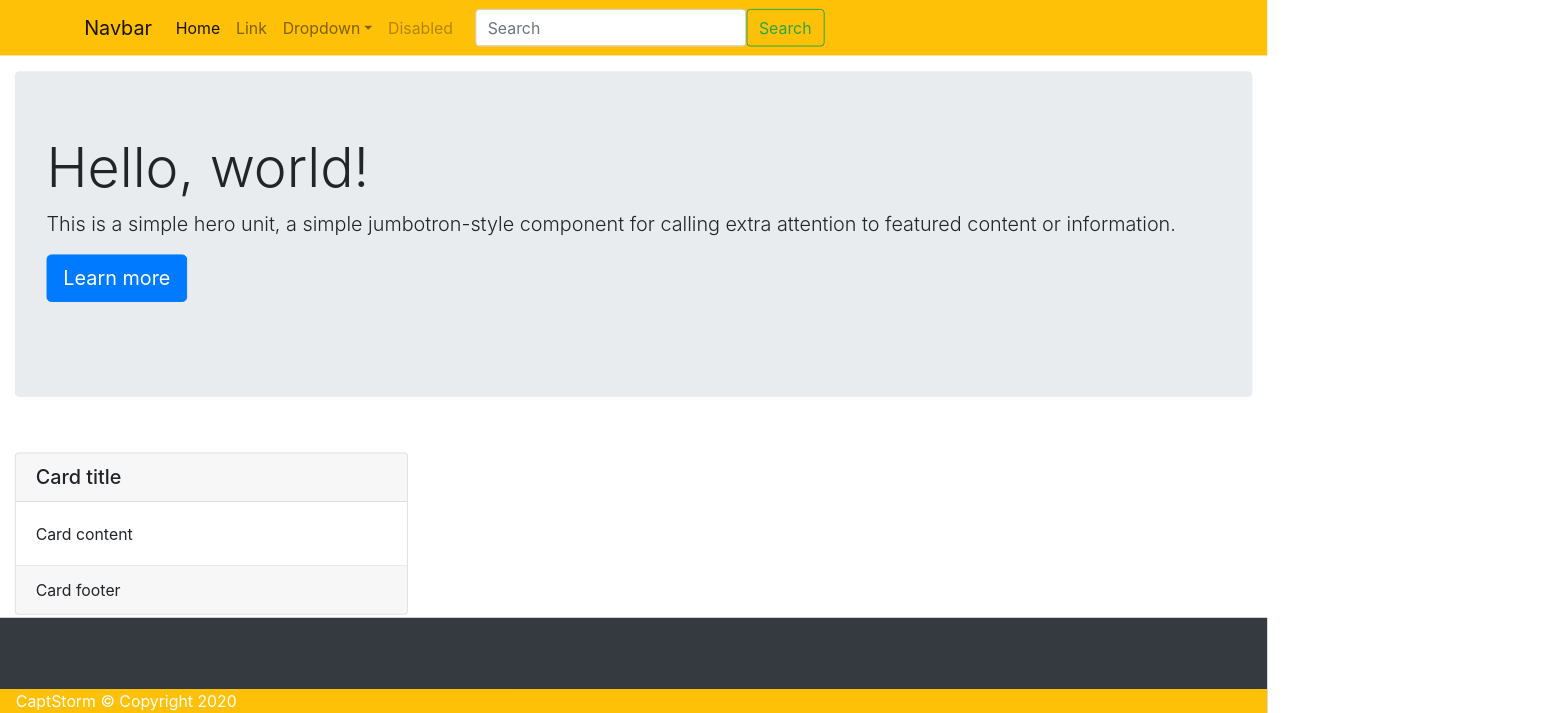
Repository: CaptainStorm21/complete-react16-bootstrap-passing-props
Page: /
An editor plug-in stored every save of this project. The page is shown before and after the next save, followed by the edit.
The browser window is 1280 px wide. The page is 1576 px wide, then 1280 px, so the pictures cover 1576 px, including what lies to the right of the window. The pictures show the whole page, at 99% of full size.
The project was rebuilt for these pictures with package versions that can differ from the ones it lists, and the page was loaded fresh each time.

Above is the page before, as saved 2020-04-23 14:35:16.

After the next save:
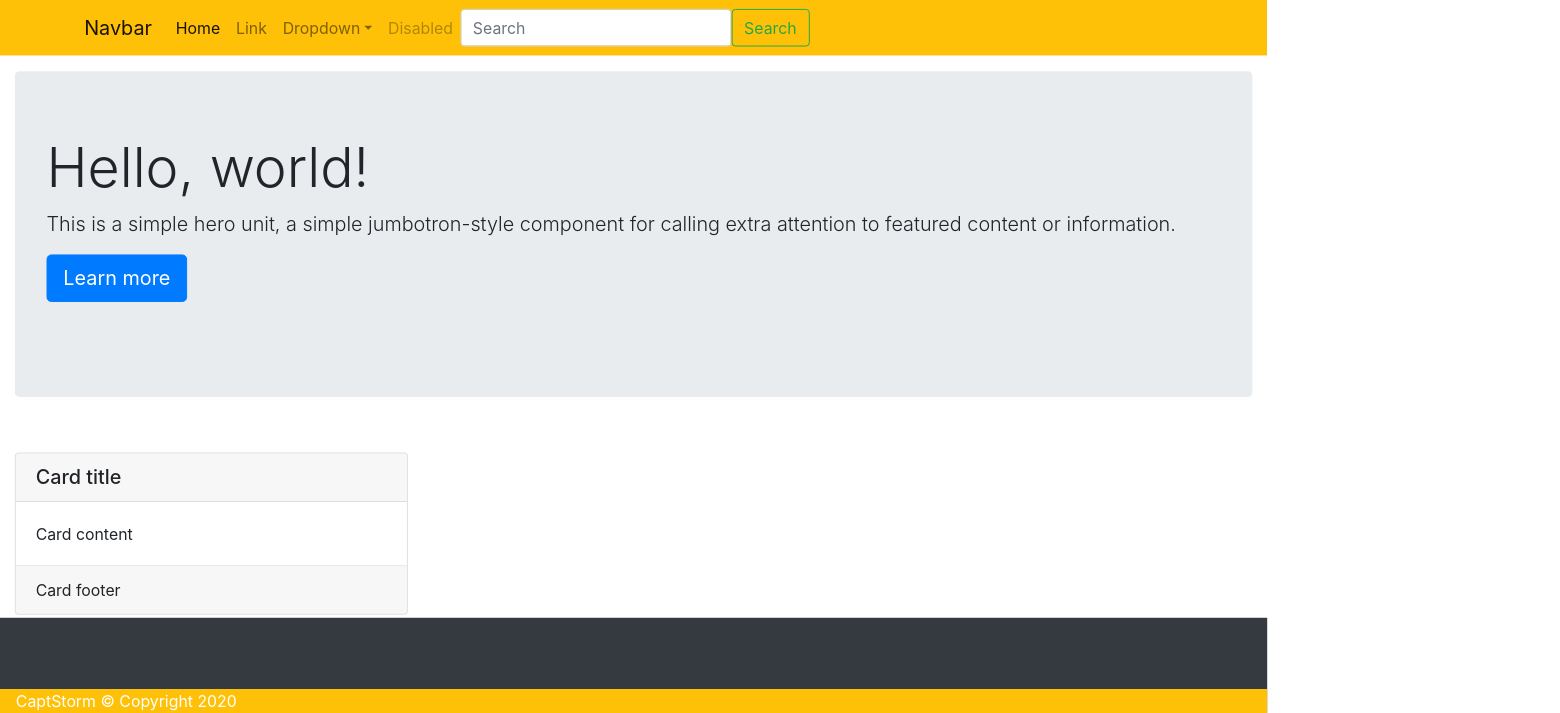
Saved 5 s later.
--- a/src/components/layout/Navbar.js
+++ b/src/components/layout/Navbar.js
@@ -63,7 +63,7 @@ function Navbar() {
               </li>
             </ul>
           </div>
-          <div className="input-group col-12">
+          <div className="input-group ">
             <div className="input-group-append ">
               <form className="form-inline ">
                 <input
